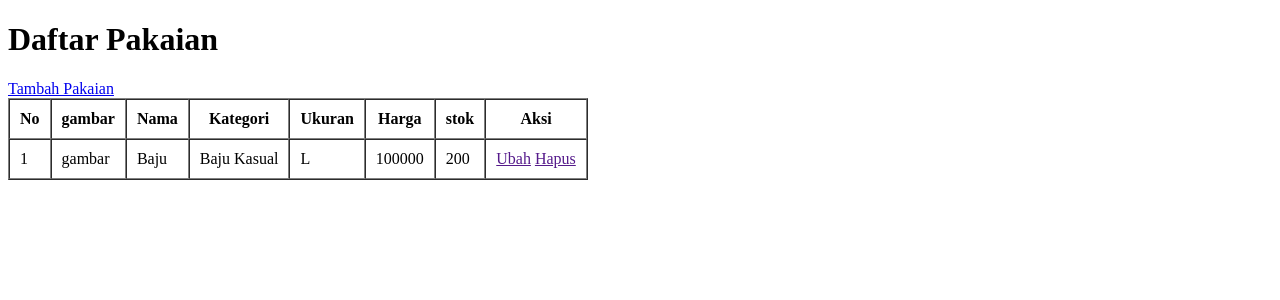
Repository: NovianRI/NovianRI.github.io
Page: http://localhost/
An editor plug-in stored every save of this project. The page is shown before and after the next save, followed by the edit.
The browser window is 1280 px wide. The pictures show the whole page.
The page is run by PHP 8.4 with error messages shown; the project is at /var/www/html/.

Above is the page before, as saved 2024-01-16 21:36:57.

After the next save:
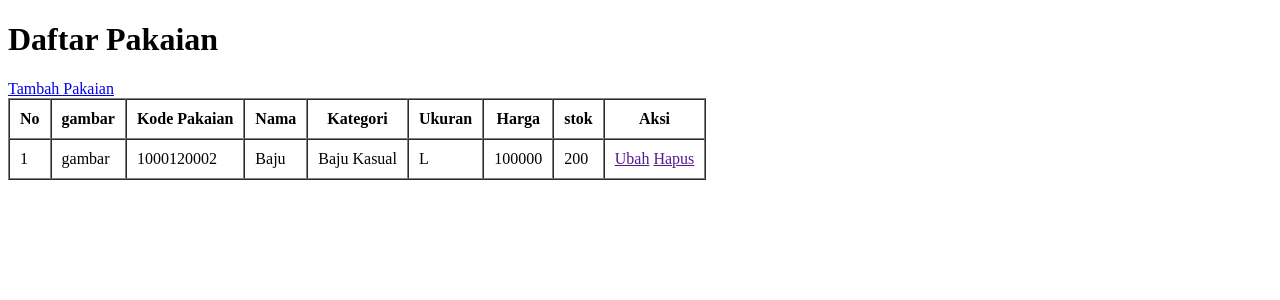
Saved 50 s later.
--- a/index.php
+++ b/index.php
@@ -15,6 +15,7 @@
         <tr>
             <th>No</th>
             <th>gambar</th>
+            <th>Kode Pakaian</th>
             <th>Nama</th>
             <th>Kategori</th>
             <th>Ukuran</th>
@@ -24,6 +25,7 @@
         </tr>
             <td>1</td>
             <td>gambar</td>
+            <td>1000120002</td>
             <td>Baju</td>
             <td>Baju Kasual</td>
             <td>L</td>
